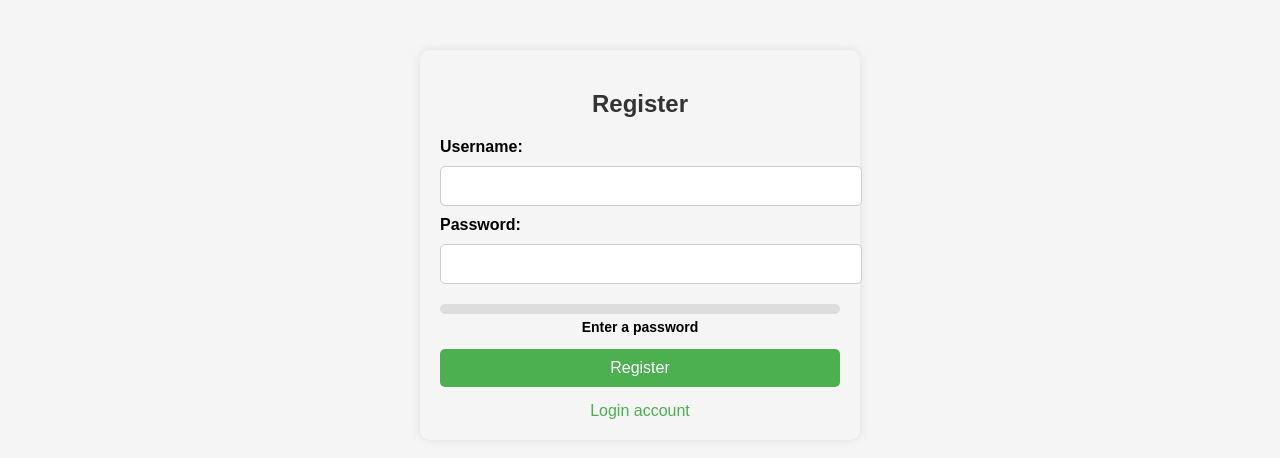
Repository: wolvicjohn/argon2
Page: http://localhost/register.php
These files come from the project's save history. The page is drawn as it stood at one moment and after the next save; the edit follows.
The browser window is 1280 px wide. The pictures show the whole page.
The page is run by PHP 8.4 with error messages shown; the project is at /var/www/html/.

Above is the page before, as saved 2024-10-18 01:43:38.

After the next save:
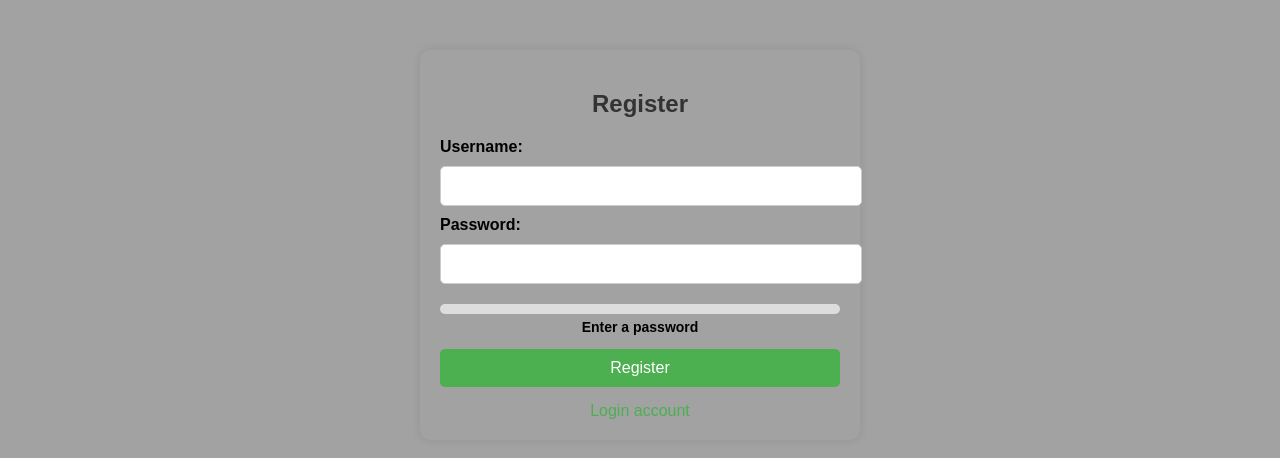
Saved 27 s later.
--- a/styles.css
+++ b/styles.css
@@ -3,7 +3,7 @@ body {
     margin: 50px auto;
     padding: 20px;
     max-width: 400px;
-    background-color: #f5f5f5;
+    background-color: #a2a2a2;
     border-radius: 10px;
     box-shadow: 0 0 10px rgba(0, 0, 0, 0.1);
 }
